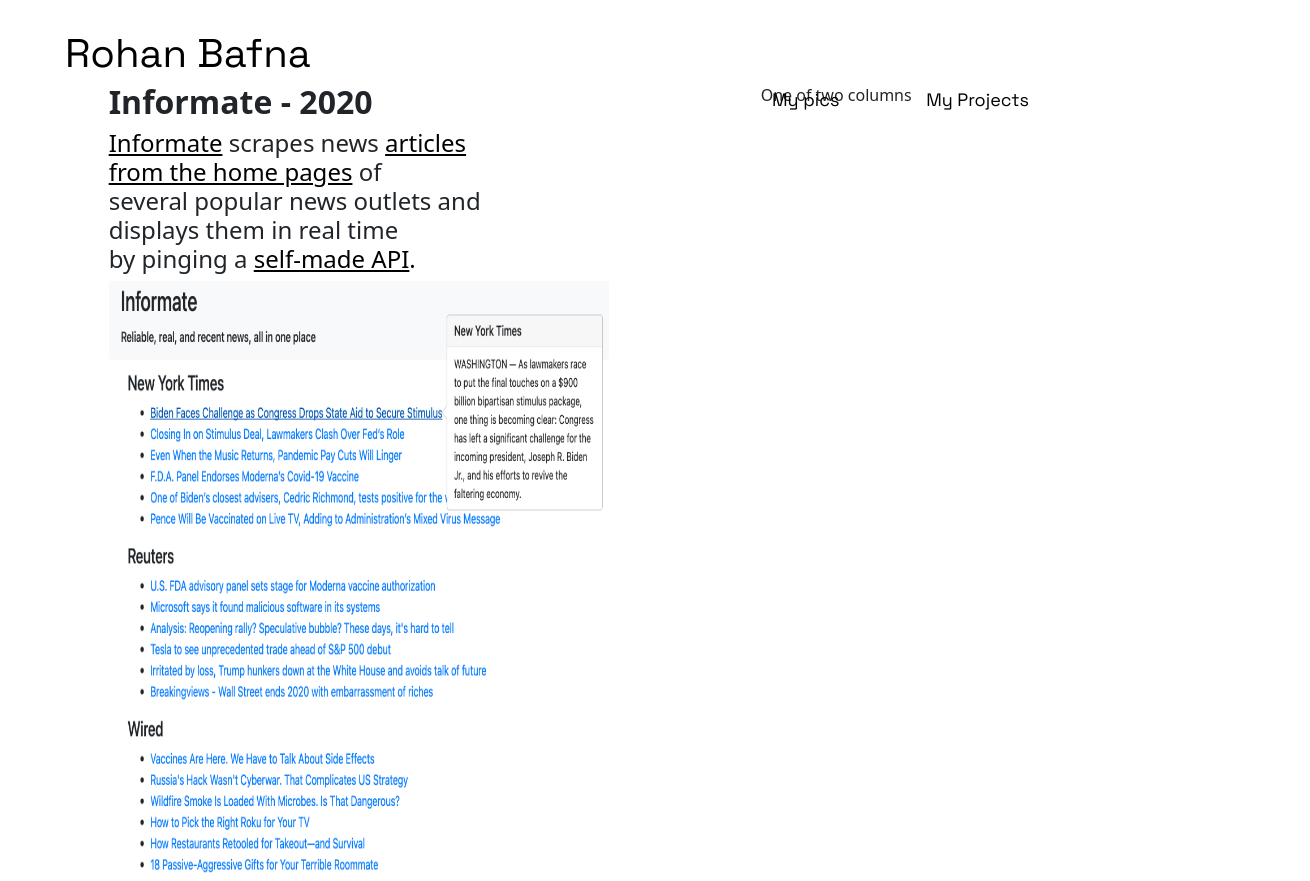
Repository: rbafna6507/rbafna6507.github.io
Page: actualprojects.html
An editor plug-in stored every save of this project. The page is shown before and after the next save, followed by the edit.
The browser window is 1280 px wide. The page is 1310 px wide, so the pictures cover 1310 px, including what lies to the right of the window. The pictures show the whole page.

Above is the page before, as saved 2020-12-20 17:09:08.

After the next save:
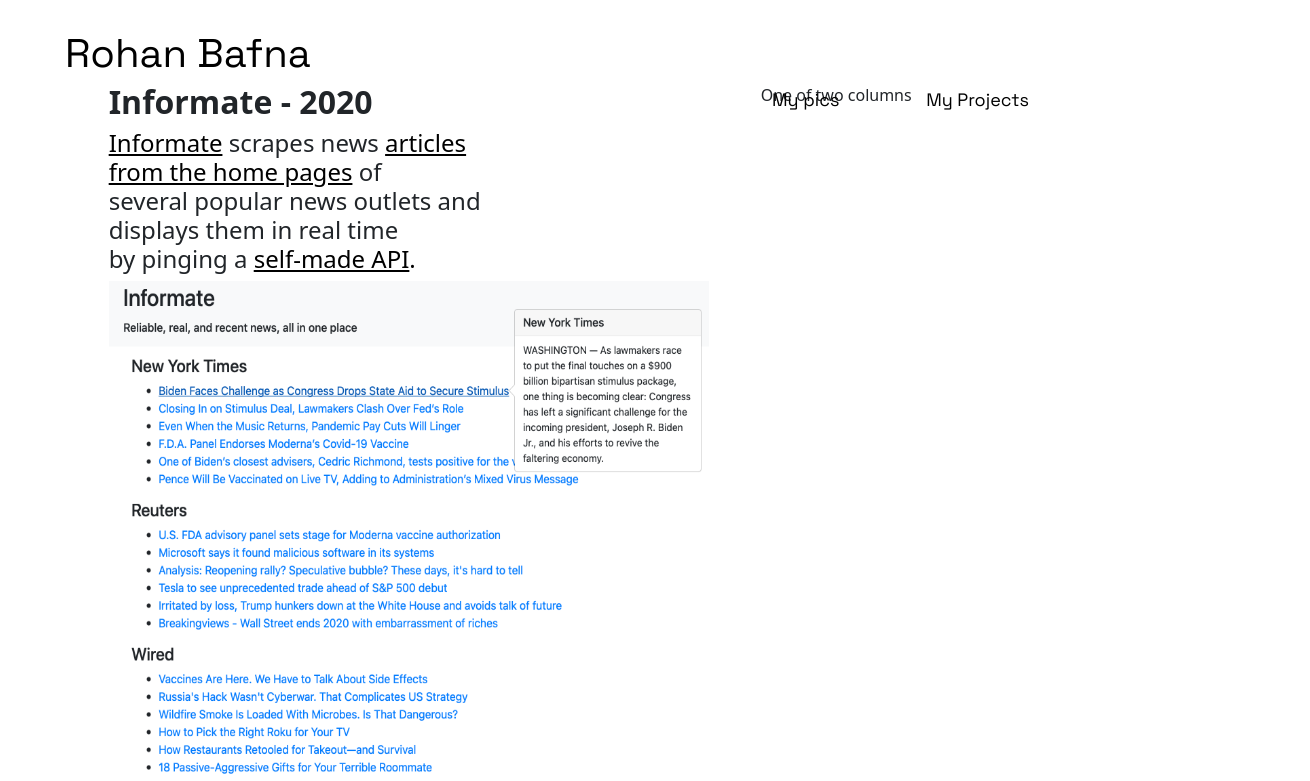
Saved 7 s later.
--- a/projects.css
+++ b/projects.css
@@ -90,8 +90,8 @@ ul{
   }
 
   img{
-    width: 500px;
-    height: 600px;
+    width: 600px;
+    height: 500px;
   }
 
   body:not(.mobile) #informate:hover #informate_img {
